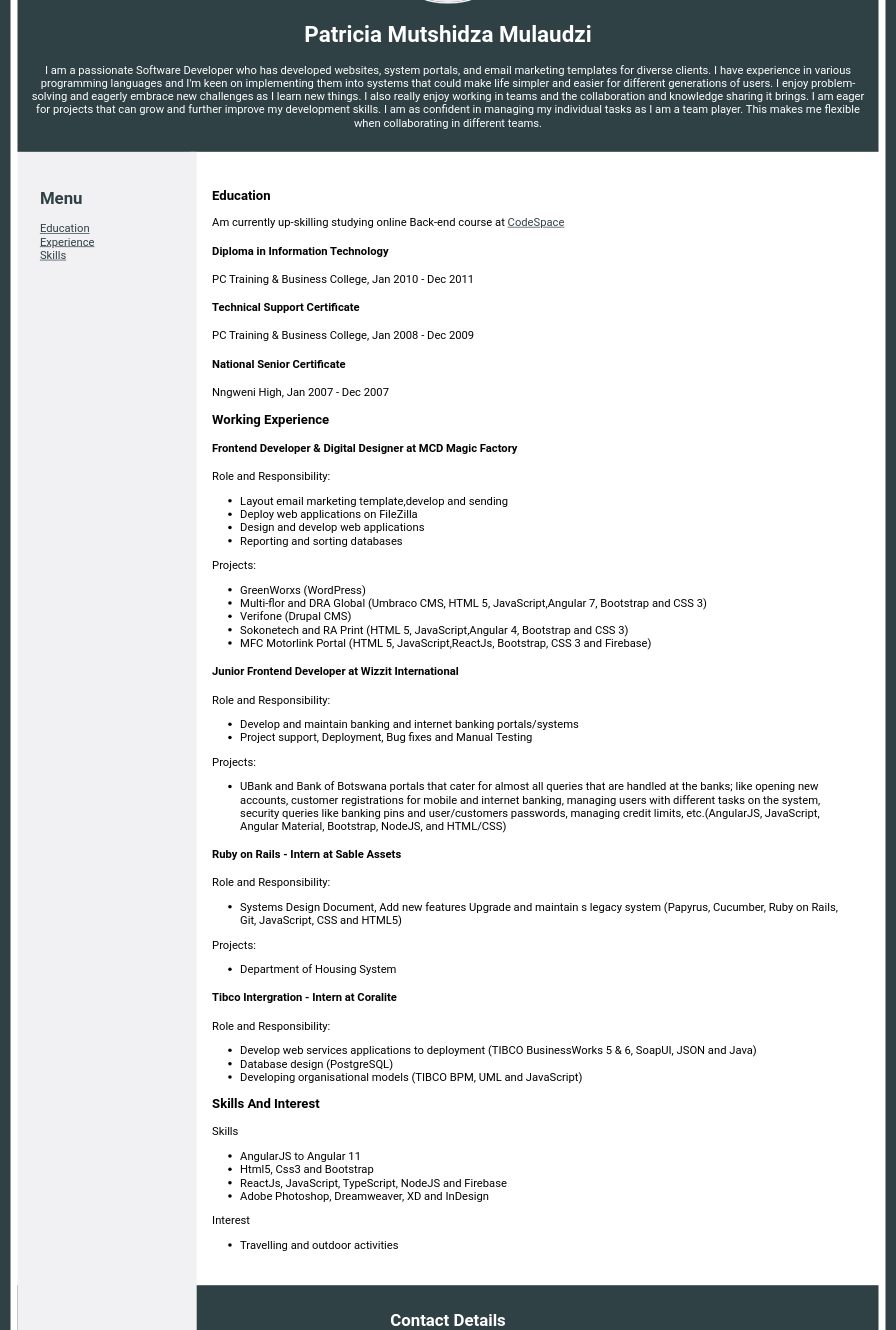
Repository: Patricious/Digital-Resume-01
Page: index.html
The author's editor kept a copy of each file at every save. The page is drawn from the files as they stood at one save, then again after a run of saves.
The browser window is 1280 px wide. The pictures show the part of the page from y = 240 to 2140 px (the page is 2509 px tall), at 70% of full size.
A picture or video elsewhere on the page could not be fetched, so the positions and the page height are approximate.

Above is the page before, as saved 2021-08-23 11:15:42.

### index.html
<!DOCTYPE html>
<html>

<head>
    <title>Patricia Digital Resume</title>
    <link rel="stylesheet" type="text/css" href="css/stylesheet.css">
</head>

<body scroll="yes">

    <header>
        <img src="img/IMG_20200502_085519.jpg" alt="profile" width="200" height="200" />
        <h1>Patricia Mutshidza Mulaudzi</h1>
        <p>I am a passionate Software Developer who has developed websites, system portals, and email marketing templates for diverse clients. I have experience in various programming languages and I'm keen on implementing them into systems that could make
            life simpler and easier for different generations of users. I enjoy problem-solving and eagerly embrace new challenges as I learn new things. I also really enjoy working in teams and the collaboration and knowledge sharing it brings. I am
            eager for projects that can grow and further improve my development skills. I am as confident in managing my individual tasks as I am a team player. This makes me flexible when collaborating in different teams.</p>
    </header>
    <aside>
        <h2>Menu</h2>
        <ul class="nav">
            <li>
                <a href="#education">Education</a>
            </li>
            <li>
                <a href="#experience">Experience</a>
            </li>
            <li>
                <a href="#skills">Skills</a>
            </li>

        </ul>
    </aside>
    <section>
        <article>
            <h3 id="#education"> <span>Education</span>
            </h3>
            <p> Am currently up-skilling studying online Back-end course at
                <a href="https://www.codespace.co.za/courses/?matchtype=b&device=c&keyword=codespace&adgroupid=81088003381&utm_campaign=8148639553&utm_source=google&utm_medium=cpc&gclid=EAIaIQobChMIkP_7q8bG8gIV1uvtCh0w7A1-EAAYASAAEgL34vD_BwE"> CodeSpace</a>
            </p>

            <h4>Diploma in Information Technology </h4>

            <p>PC Training & Business College, Jan 2010 - Dec 2011</p>
            <h4>Technical Support Certificate </h4>


            <p>PC Training & Business College, Jan 2008 - Dec 2009</p>

            <h4>National Senior Certificate</h4>


            <p>Nngweni High, Jan 2007 - Dec 2007</p>


            <h3 id="#experience"> Working Experience</h3>
            <h4>Frontend Developer & Digital Designer at MCD Magic Factory
            </h4>
            <p>Role and Responsibility:</p>
            <ul>
                <li>Layout email marketing template,develop and sending</li>
                <li> Deploy web applications on FileZilla</li>
                <li>Design and develop web applications</li>
                <li>Reporting and sorting databases</li>
            </ul>
            <p>Projects:</p>
            <ul>
                <li>GreenWorxs (WordPress)</li>
                <li>Multi-flor and DRA Global (Umbraco CMS, HTML 5, JavaScript,Angular 7, Bootstrap and CSS 3)</li>
                <li>Verifone (Drupal CMS)</li>
                <li>Sokonetech and RA Print (HTML 5, JavaScript,Angular 4, Bootstrap and CSS 3)</li>
                <li>MFC Motorlink Portal (HTML 5, JavaScript,ReactJs, Bootstrap, CSS 3 and Firebase)</li>
            </ul>

            <h4>Junior Frontend Developer at Wizzit International
            </h4>
            <p>Role and Responsibility:</p>
            <ul>
                <li>Develop and maintain banking and internet banking portals/systems</li>
                <li>Project support, Deployment, Bug fixes and Manual Testing</li>

            </ul>
            <p>Projects:</p>
            <ul>
                <li>UBank and Bank of Botswana portals that cater for almost all queries that are handled at the banks; like opening new accounts, customer registrations for mobile and internet banking, managing users with different tasks on the system, security
                    queries like banking pins and user/customers passwords, managing credit limits, etc.(AngularJS, JavaScript, Angular Material, Bootstrap, NodeJS, and HTML/CSS)</li>
            </ul>

            <h4>Ruby on Rails - Intern at Sable Assets
            </h4>
            <p>Role and Responsibility:</p>
            <ul>
                <li>Systems Design Document, Add new features Upgrade and maintain s legacy system (Papyrus, Cucumber, Ruby on Rails, Git, JavaScript, CSS and HTML5)</li>

            </ul>
            <p>Projects:</p>
            <ul>
                <li>Department of Housing System</li>
            </ul>

            <h4>Tibco Intergration - Intern at Coralite
            </h4>
            <p>Role and Responsibility:</p>
            <ul>
                <li>Develop web services applications to deployment (TIBCO BusinessWorks 5 & 6, SoapUI, JSON and Java)
                </li>
                <li>Database design (PostgreSQL)</li>
                <li>Developing organisational models (TIBCO BPM, UML and JavaScript)</li>
            </ul>


            <h3 id="#skills">Skills And Interest</h3>
            <p>Skills</p>
            <ul>
                <li>AngularJS to Angular 11</li>
                <li>Html5, Css3 and Bootstrap</li>
                <li>ReactJs, JavaScript, TypeScript, NodeJS and Firebase</li>
                <li>Adobe Photoshop, Dreamweaver, XD and InDesign</li>
            </ul>
            <p>Interest </p>
            <ul>
                <li>Travelling and outdoor activities</li>
            </ul>
        </article>
    </section>


    <footer>
        <h2>Contact Details</h2>
        <a href="https://www.linkedin.com/in/patricia-mulaudzi-93b526101/"><img src="In.jpeg" alt="LinkedIN"></a>
        <a href=""><img src="fb.png" alt="Facebook"></a>
        <a href="mailto:mulaudzi689@gmail.com"><img src="Gm.png" alt="Gmail"></a>
    </footer>
</body>

</html>

### css/stylesheet.css
    body {
        font-family: 'Roboto', sans-serif;
        font-size: 100%;
        background-color: #ffffff;
        margin: 10px;
        overflow-y: scroll;
    }

    html {
        border: 15px solid #304145;
    }

    header {
        text-align: center;
        background-color: #304145;
        color: #ffffff;
        padding: 1em;
    }

    aside {
        background-color: #F1F1F3;
        color: #304145;
        width: 15%;
        padding: 2em;
        height: 240%;
        float: left;
        position: absolute;
        flex: 0 0 auto;
    }

    img {
        border-radius: 100px;
        border: 2px solid #F1F1F3;
    }

    .nav {
        list-style-type: none;
        margin: 0;
        padding: 0;
    }

    a {
        color: #304145;
    }

    section {
        margin-left: 20%;
        background-color: #ffffff;
        padding: 2em;
    }

    footer {
        background-color: #304145;
        text-align: center;
        color: #ffffff;
        padding: 1em;
    }

After the next 2 saves:
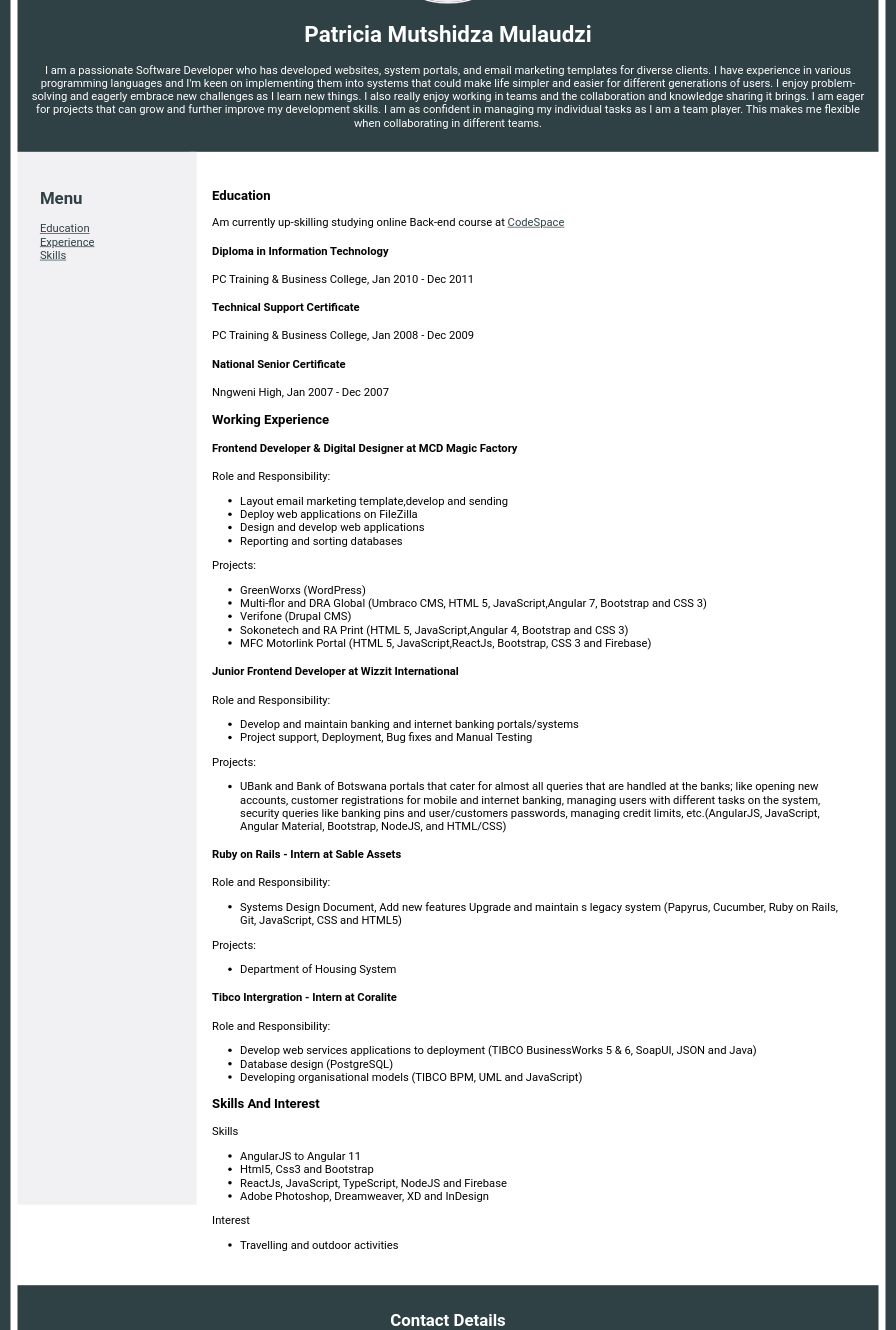
The 2 saves are shown as one change because they came seconds apart.
The last was saved 34 s later.
--- a/css/stylesheet.css
+++ b/css/stylesheet.css
@@ -22,7 +22,7 @@
         color: #304145;
         width: 15%;
         padding: 2em;
-        height: 240%;
+        height: 200%;
         float: left;
         position: absolute;
         flex: 0 0 auto;
